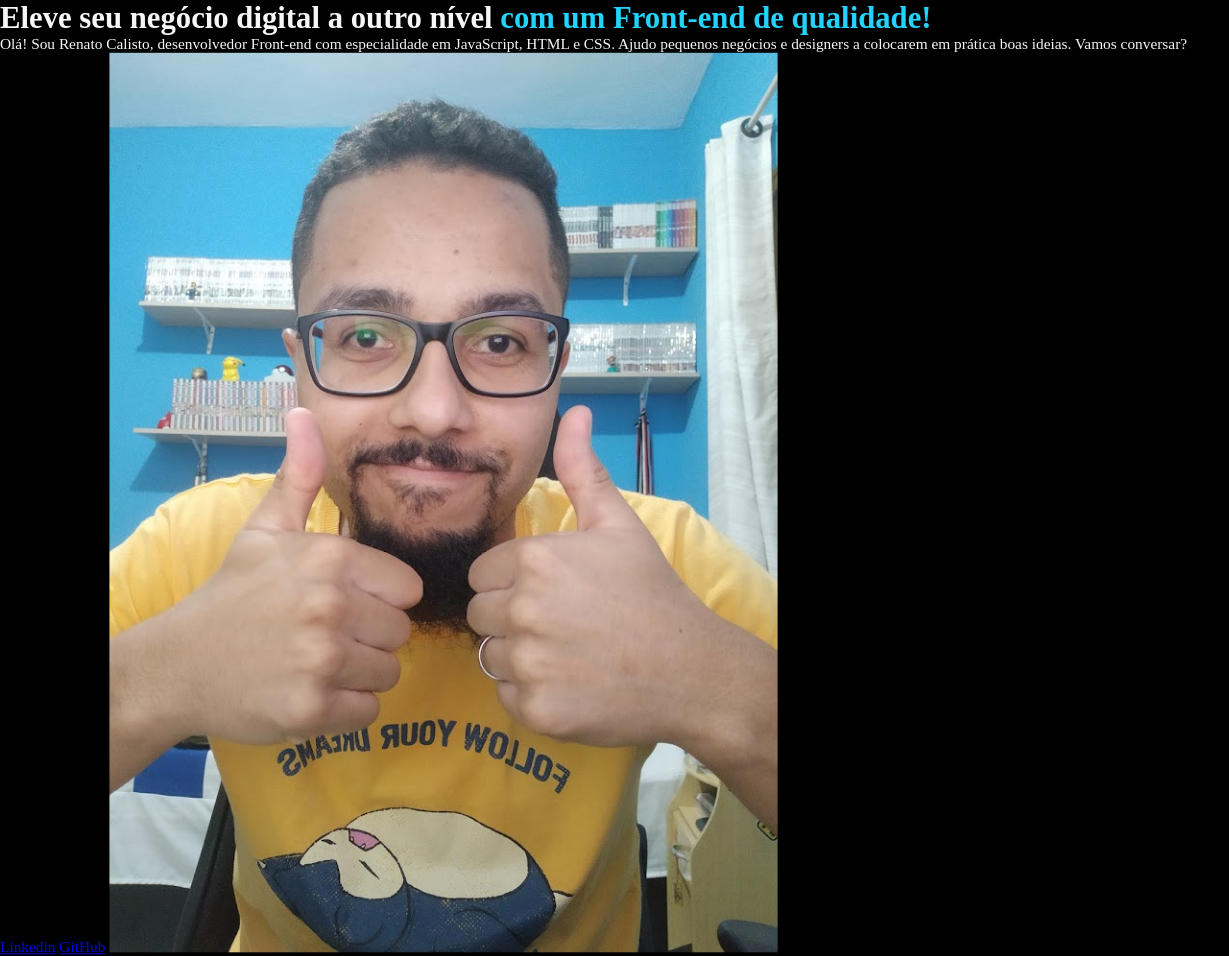
Repository: RenatoCCS/Portfolio_Alura
Page: index.html
An editor plug-in stored every save of this project. The page is shown before and after the next save, followed by the edit.
The browser window is 1280 px wide. The pictures show the whole page, at 96% of full size.

Above is the page before, as saved 2023-02-24 14:11:06.

### index.html
<!DOCTYPE html>
<html lang="pt-br">
  <head>
    <meta charset="UTF-8" />
    <meta http-equiv="X-UA-Compatible" content="IE=edge" />
    <meta name="viewport" content="width=device-width, initial-scale=1.0" />
    <title>Portfolio</title>
    <link rel="stylesheet" href="style.css" />
  </head>
  <body>
    <header></header>
    <main class="apresentacao">
      <h1>
        Eleve seu negócio digital a outro nível
        <strong class="titulo-destaque">
          com um Front-end de qualidade!
        </strong>
      </h1>
      <p>
        Olá! Sou Renato Calisto, desenvolvedor Front-end com especialidade em
        JavaScript, HTML e CSS. Ajudo pequenos negócios e designers a colocarem
        em prática boas ideias. Vamos conversar?
      </p>
      <a href="https://www.linkedin.com/in/renatocalisto/">Linkedin</a>
      <a href="https://github.com/RenatoCCS">GitHub</a>
      <img
        src="renato.jpg"
        alt="Renato fazendo sinal de positivo com ambas as mãos"
      />
    </main>
    <footer></footer>
  </body>
</html>

### style.css
* {
  margin: 0;
  padding: 0;
}

body {
  height: 100vh;
  box-sizing: border-box;
  background-color: #000000;
  color: #f6f6f6;
}

.titulo-destaque {
  color: #22d4fd;
}

After the next save:
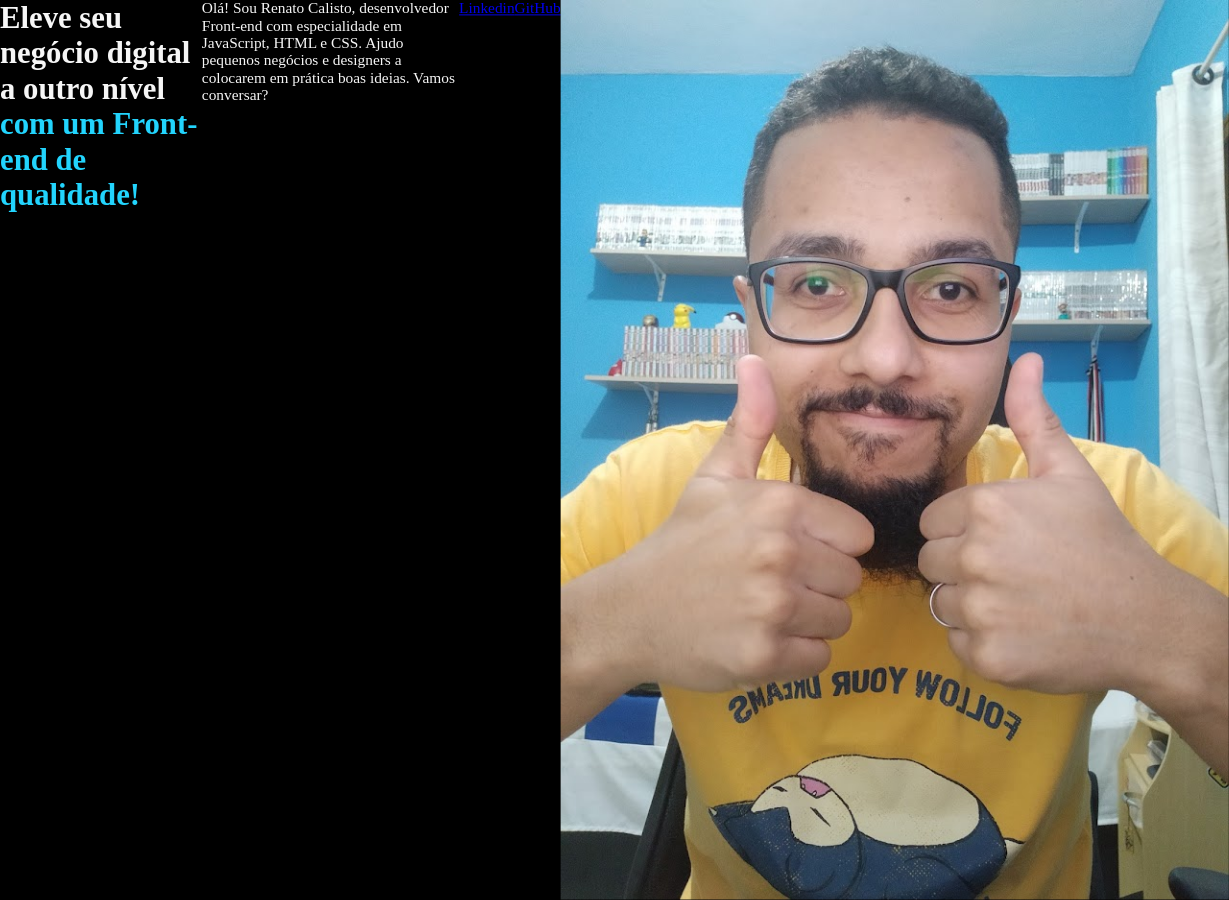
Saved 33 s later.
--- a/style.css
+++ b/style.css
@@ -13,3 +13,7 @@ body {
 .titulo-destaque {
   color: #22d4fd;
 }
+
+.apresentacao {
+  display: flex;
+}
